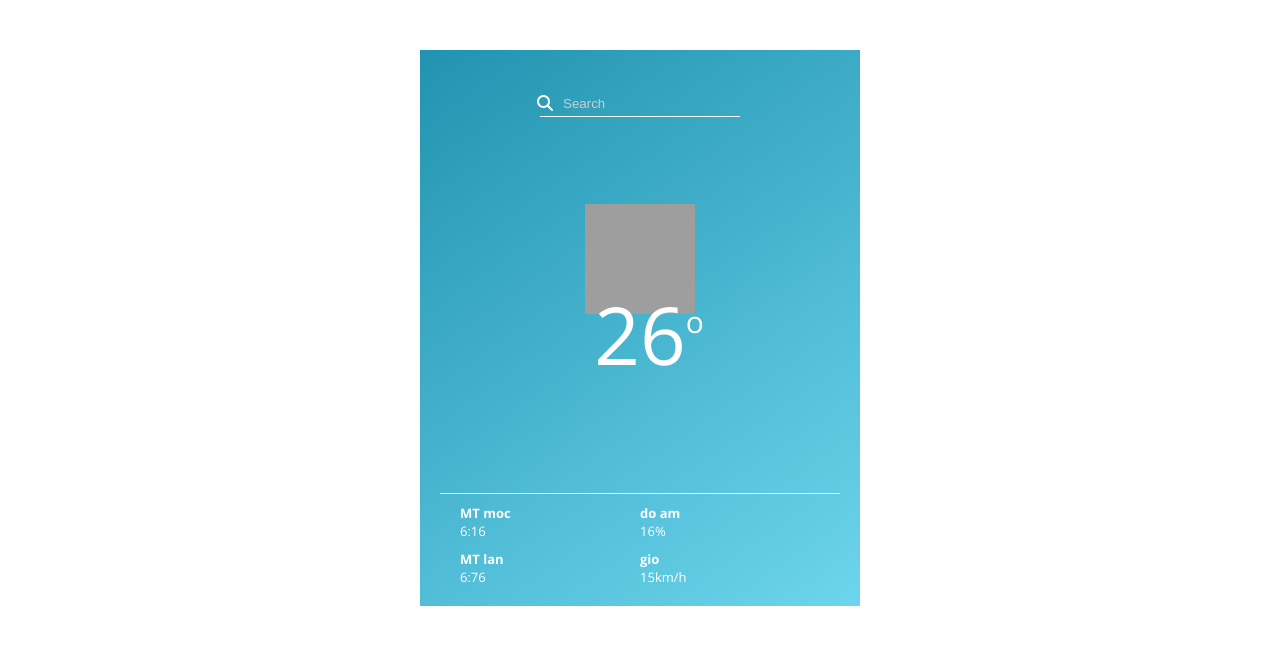
Repository: tienbkvn0605/weatherApp
Page: index.html
An editor plug-in stored every save of this project. The page is shown before and after the next save, followed by the edit.
The browser window is 1280 px wide. The pictures show the whole page.
Pictures or frames that could not be fetched are drawn as grey boxes.

Above is the page before, as saved 2022-10-09 00:08:56.

### index.html
<!DOCTYPE html>
<html lang="en">
  <head>
    <meta charset="UTF-8" />
    <meta http-equiv="X-UA-Compatible" content="IE=edge" />
    <meta name="viewport" content="width=device-width, initial-scale=1.0" />
    <script src="moment.js"></script>
    <link
      rel="stylesheet"
      href="https://cdnjs.cloudflare.com/ajax/libs/font-awesome/6.2.0/css/all.min.css"
      integrity="sha512-xh6O/CkQoPOWDdYTDqeRdPCVd1SpvCA9XXcUnZS2FmJNp1coAFzvtCN9BmamE+4aHK8yyUHUSCcJHgXloTyT2A=="
      crossorigin="anonymous"
      referrerpolicy="no-referrer"
    />
    <link
      href="https://fonts.googleapis.com/css2?family=Open+Sans:ital,wght@0,300;0,700;1,400&display=swap"
      rel="stylesheet"
    />
    <link rel="stylesheet" href="appstyle.css" />
    <title>Get Weather</title>
  </head>
  <body>
    <div class="container">
      <div class="main-section">
        <div class="search-bar">
          <i class="fa fa-search" aria-hidden="true"></i>
          <input
            lang="ja"
            type="text"
            placeholder="Search"
            id="search-input"
            name="serch-city"
          />
        </div>
        <div class="info-wrapper">
          <p class="city-name"></p>
          <p class="weather-state"></p>
          <img
            src="http://openweathermap.org/img/wn/10d@2x.png"
            alt="weather icon"
            class="weather-icon"
          />
          <p class="temperature">26</p>
        </div>
      </div>
      <div class="additional-section">
        <div class="row">
          <div class="item">
            <div class="lable">MT moc</div>
            <div class="value sunrise">6:16</div>
          </div>
          <div class="item">
            <div class="lable">MT lan</div>
            <div class="value sundown">6:76</div>
          </div>
        </div>
        <div class="row">
          <div class="item">
            <div class="lable">do am</div>
            <div class="value"><span class="humidity">16</span>%</div>
          </div>
          <div class="item">
            <div class="lable">gio</div>
            <div class="value"><span class="wind-speed">15</span>km/h</div>
          </div>
        </div>
      </div>
    </div>
  </body>
  <script src="index.js"></script>
</html>

### appstyle.css
* {
  padding: 0;
  margin: 0;
}
body {
  font-family: "Open Sans", sans-serif;
}
.container {
  color: white;
  width: 400px;
  background: linear-gradient(145deg, #2193b0, #6dd5ed);
  margin: 50px auto;
  padding: 20px;
}
.search-bar {
  width: 50%;
  margin: 0 auto;
  padding-top: 20px;
  display: flex;
  align-items: center;
  justify-content: center;
  position: relative;
  border-bottom: 1px solid white;
}
.search-icon {
  margin-right: 5px;
  position: absolute;
  left: 0;
}
#search-input {
  left: 0;
  border: 0;
  outline: 0;
  padding: 3px 3px 3px 10px;
  background: transparent;
  height: 20px;
  color: white;
}
#search-input::placeholder {
  color: rgb(206, 206, 206);
}
.info-wrapper {
  display: flex;
  align-items: center;
  flex-direction: column;
  height: 30vh;
  padding: 80px 50px;
}
.city-name {
  font-size: 29px;
  margin-bottom: 7px;
  font-weight: 600;
}
.weather-state {
  font-size: 13px;
}
.weather-icon {
  width: 110px;
  height: 110px;
}
.temperature {
  font-size: 80px;
  font-weight: lighter;
  line-height: 0.5;
  position: relative;
}
.temperature::after {
  content: "o";
  position: absolute;
  font-size: 30px;
}
.additional-section {
  border-top: 1px solid white;
  display: flex;
  padding: 10px 20px;
  font-size: 13px;
}
.additional-section .row {
  width: 50%;
}
.additional-section .item {
  margin-bottom: 10px;
}
.additional-section .item:nth-child(even) {
  margin-bottom: -10px;
}
.lable {
  font-weight: bold;
}

### index.js
const APP_ID = 'cf26e7b2c25b5acd18ed5c3e836fb235';
const DEFAULT_VALUE = '--';
const searchInput = document.querySelector('#search-input');
const cityName = document.querySelector('.city-name');
const weatherState = document.querySelector('.weather-state');
const weatherIcon = document.querySelector('.weather-icon');
const temperature = document.querySelector('.temperature');


const sunrise = document.querySelector('.sunrise');
const sunset = document.querySelector('.sunset');
const humidity = document.querySelector('.humidity');
const windSpeed = document.querySelector('.wind-speed');


searchInput.addEventListener('change', (e) => {
    fetch(`https://api.openweathermap.org/data/2.5/weather?q=${e.target.value}&appid=${APP_ID}&units=metric&lang=vi`)
        .then(async res => {
            const data = await res.json();
            console.log('[Search Input]', data);
            cityName.innerHTML = data.name || DEFAULT_VALUE;
            weatherState.innerHTML = data.weather[0].description || DEFAULT_VALUE;
            weatherIcon.setAttribute('src', `http://openweathermap.org/img/wn/${data.weather[0].icon}@2x.png`);
            temperature.innerHTML = Math.round(data.main.temp) || DEFAULT_VALUE;

            sunrise.innerHTML = moment.unix(data.sys.sunrise).format('H:mm') || DEFAULT_VALUE;
            sunset.innerHTML = moment.unix(data.sys.sunset).format('H:mm') || DEFAULT_VALUE;
            humidity.innerHTML = data.main.humidity || DEFAULT_VALUE;
            windSpeed.innerHTML = (data.wind.speed * 3.6).toFixed(2) || DEFAULT_VALUE;
        });
});

Loaded but not shown: moment.js (library)

After the next save:
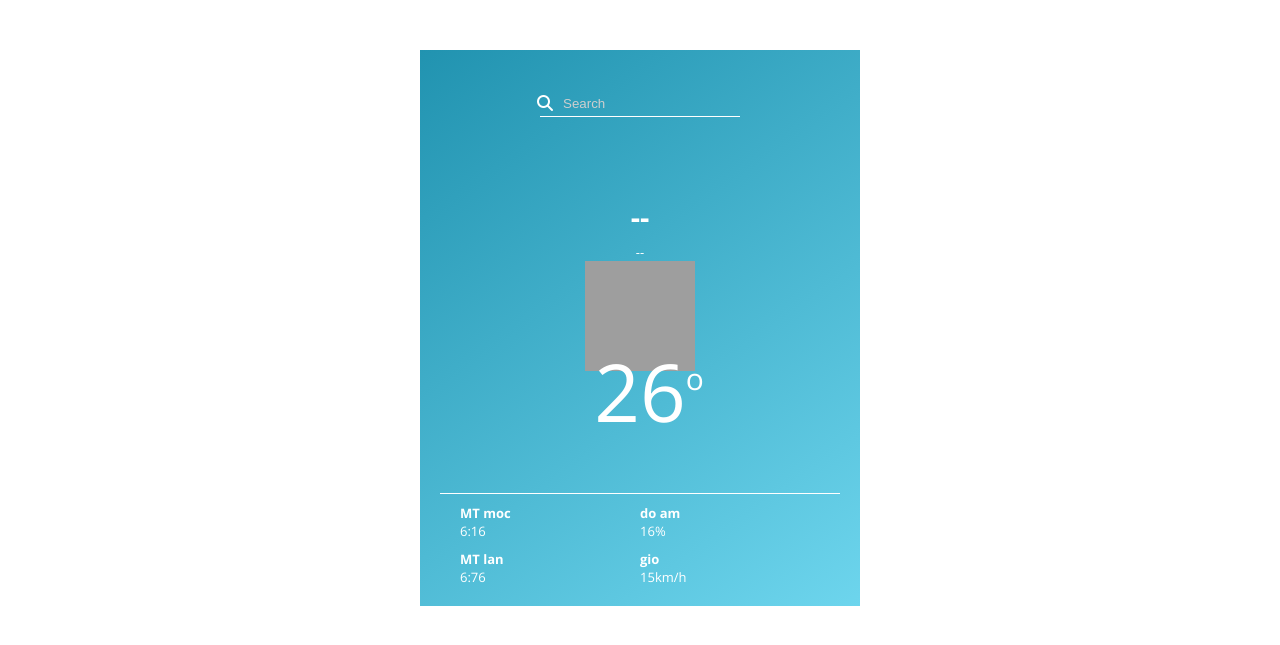
Saved 12 s later.
--- a/index.html
+++ b/index.html
@@ -33,8 +33,8 @@
           />
         </div>
         <div class="info-wrapper">
-          <p class="city-name"></p>
-          <p class="weather-state"></p>
+          <p class="city-name">--</p>
+          <p class="weather-state">--</p>
           <img
             src="http://openweathermap.org/img/wn/10d@2x.png"
             alt="weather icon"
